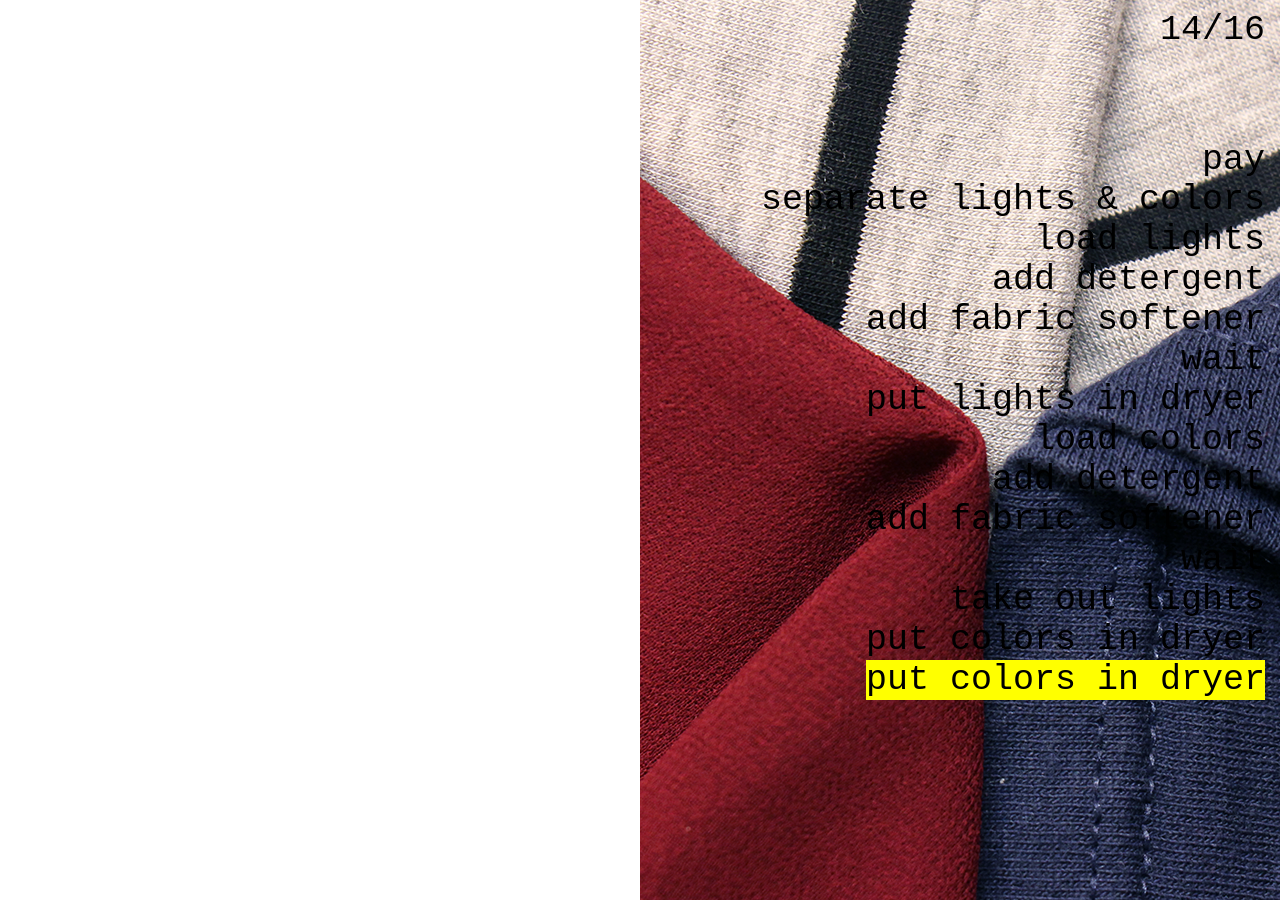
Repository: ortik455/ortik455.github.io
Page: studio/laundrysite/fourteen.html
The author's editor kept a record of every edit. The page is drawn from the files as they stood at one moment, then again after the next edit.
The browser window is 1280 px wide. The pictures show the whole page.

Above is the page before.

### studio/laundrysite/fourteen.html
<!DOCTYPE html>
<html>
	<head>
	    <link href='http://fonts.googleapis.com/css?family=Inconsolata' rel='stylesheet' type='text/css'>
		<link rel="icon" href="../../studio/favicon.png" sizes="16x16 32x32" type="image/png">
		<link href="laundry.css" rel="stylesheet" type="text/css">
		<title>14/16</title>
	</head>

	<body>
<!--class to call out all the text and use id="" to call out
individual things but dont use ids... -->
	  <div class="text">
		<div class="number">
	  		14/16
	  	</div>
		<div class="steps">
		  	pay
		  	<br>
		  	separate lights &amp; colors
		  	<br>
		  	load lights
		  	<br>
		  	add detergent
		  	<br>
		  	add fabric softener
		  	<br>
		  	wait
		  	<br>
		  	put lights in dryer
		  	<br>
		  	load colors
		  	<br>
		  	add detergent
		  	<br>
		  	add fabric softener
		  	<br>
		  	wait
		  	<br>
		  	take out lights
		  	<br>
		  	put colors in dryer
		  	<br>
		  	<mark>put colors in dryer</mark>
		</div>
	  </div>

	  <div class="photos">
	  	<a href="fourteen.html"><img src="photos/color2.png"  alt=""></a>
	  </div>
	</body>
</html>

### studio/laundrysite/laundry.css
*, *:before, *:after {
    -webkit-box-sizing: border-box;
       -moz-box-sizing: border-box;
            box-sizing: border-box;

}
.timerbox {
    background: #000000;
    float: left;
    width: 50%;
    height: 900px;
}
.timer {
    position: absolute;
    background: #000000;
    color: #ffffff;
    top: 50%;
    left: 275px;
    font-size: 60px;
}
.timer2 {
    position: absolute;
    background: #000000;
    color: #ffffff;
    top: 50%;
    left: 275px;
    font-size: 60px;
}

body{
	background: #FFFFFF;
	font-size: 0px;
	margin: 0;
	font-family: Courier New, sans-serif;
	height: 100%;
}
.start{
    background-color: #000000;
    font-size: 50px;
    letter-spacing: 6px;
    position: absolute;
    bottom: 50%;
    margin-left: 20px;
}
.mark {
    background-color: #000000;
    color: #FFFFFF;
}
.text {
	font-size: 35px;
    width: 50%;
    height: 715px;
    float: left;
}
.photos {
    width: 50%;
    height: 100%;
    float: left;
    overflow: hidden;
}
.number {
   font-size: 35px;
   position: fixed;
   top: 0px;
   right: 0px;
   padding: 10px 15px 20px 5px;
}
.steps {
   font-size: 35px;
   text-align: right;
   position: fixed;
   bottom: 0px;
   right: 0px;
   padding: 10px 15px 20px 5px;

}
a:link {
    text-decoration:none;
    color: #000000;
    }
a:visited {
    color: #000000;
}
.photos:hover img {
    transform: scale(1.1);
}
.photos img {
    transition: transform 2s ease;
}

After the next edit:
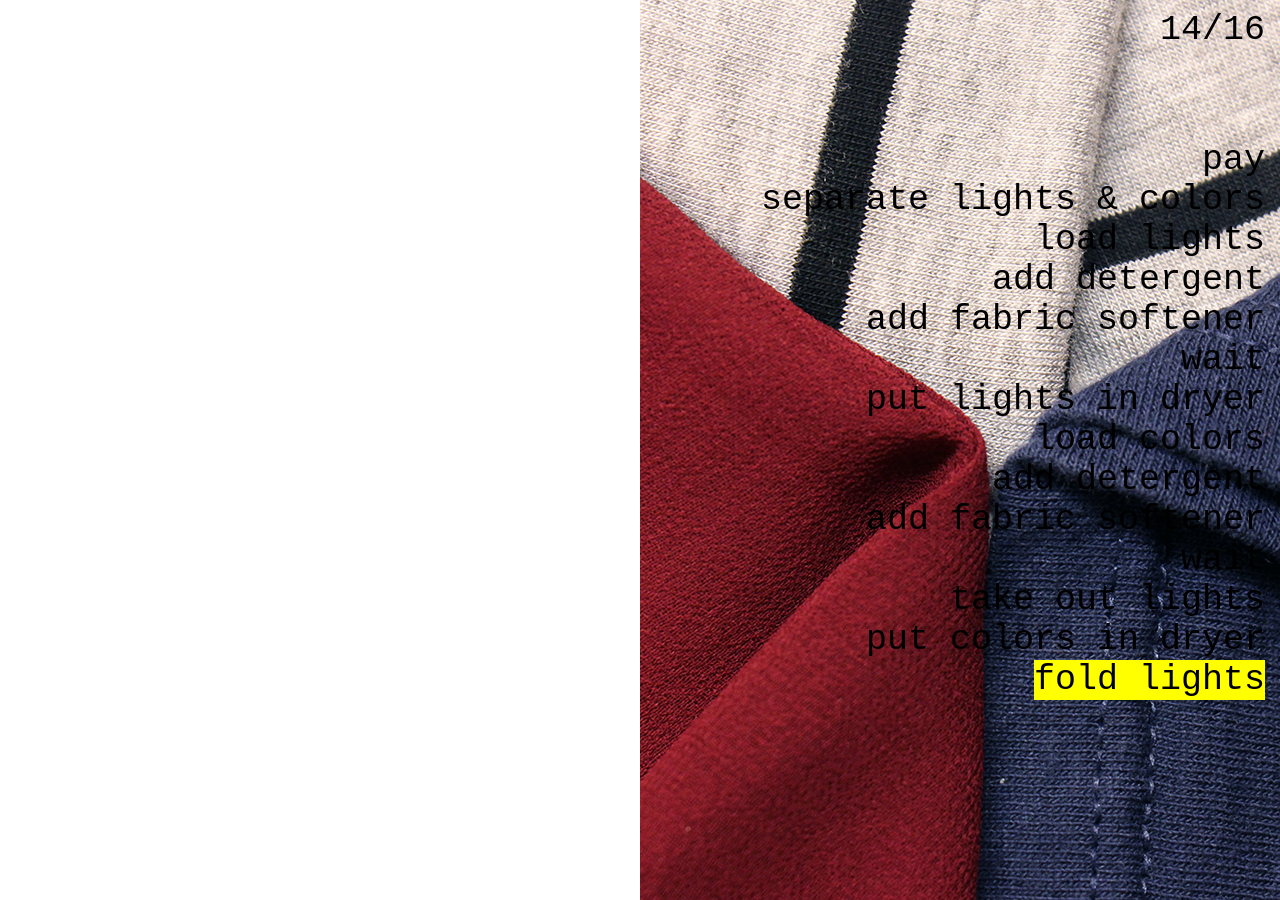
The edit:
--- a/studio/laundrysite/fourteen.html
+++ b/studio/laundrysite/fourteen.html
@@ -41,7 +41,7 @@
 		  	<br>
 		  	put colors in dryer
 		  	<br>
-		  	<mark>put colors in dryer</mark>
+		  	<mark>fold lights</mark>
 		</div>
 	  </div>
 
